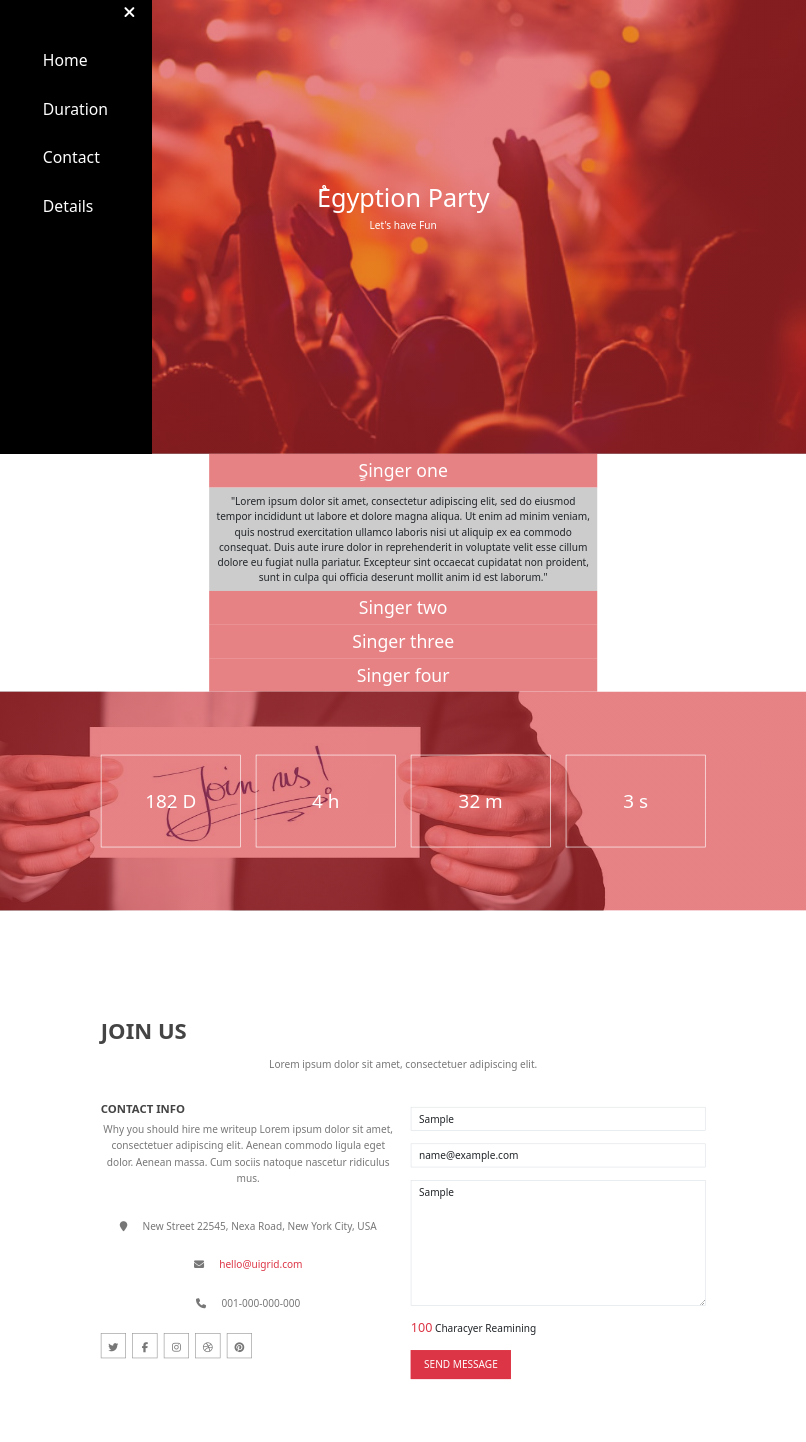
Repository: HagarYousry/jQuery
Page: index.html
The author's editor kept a copy of each file at every save. The page is drawn from the files as they stood at one save, then again after a run of saves.
The browser window is 1280 px wide. The pictures show the whole page, at 63% of full size.
Empty fields were first filled with sample values (such as "Sample", 5 or name@example.com).
After loading, the first visible `span.navIcon` was clicked once.

Above is the page before, as saved 2024-07-25 20:12:07.

### index.html
<!DOCTYPE html>
<html lang="en">

<head>
    <meta charset="UTF-8">
    <meta name="viewport" content="width=device-width, initial-scale=1.0">
    <title>Egyption party</title>
    <!-- web fonts  -->
    <link rel="stylesheet" href="css/all.min.css">
    <!-- bootstrap -->
    <link rel="stylesheet" href="css/bootstrap.min.css">
    <!-- main css -->
    <link rel="stylesheet" href="css/main.css">
</head>

<body>
    <!--start home  -->
    <section id="home">
        <div id="sideNav" class="bg-black p-5">
            <a class="p-0 closeIcon">
                <i class="fa-solid fa-xmark "></i>
            </a>
            <a class="sideNav-link mt-2" href="#home">Home</a>
            <a class="sideNav-link" href="#Acordion">Duration</a>
            <a class="sideNav-link" href="#contact">Contact</a>
            <a class="sideNav-link" href="#count">Details</a>
        </div>

        <div class="home-title d-flex justify-content-center align-items-center flex-column vh-100 text-white">
            <h1>ُEgyption Party</h1>
            <p>Let's have Fun</p>
            <span class="navIcon align-self-start d-flex align-items-center">
                <i class="fa-solid fa-bars"></i>
                <h4 class="ms-2">open</h4>
            </span>
        </div>
    </section>
    <!-- start Acordion section  -->
    <section id="Acordion" class="text-center">

        <div class="container w-50 ">
            <h3 class="toggle">ٍSinger one</h3>
            <div class="inner first">"Lorem ipsum dolor sit amet, consectetur adipiscing elit, sed do eiusmod tempor
                incididunt ut labore et dolore magna aliqua. Ut enim ad minim veniam, quis nostrud exercitation ullamco
                laboris nisi ut aliquip ex ea commodo consequat. Duis aute irure dolor in reprehenderit in voluptate
                velit
                esse cillum dolore eu fugiat nulla pariatur. Excepteur sint occaecat cupidatat non proident, sunt in
                culpa
                qui officia deserunt mollit anim id est laborum."
            </div>


            <h3 class="toggle">Singer two</h3>
            <div class="inner">"Sed ut perspiciatis unde omnis iste natus error sit voluptatem accusantium doloremque
                laudantium, totam rem aperiam, eaque ipsa quae ab illo inventore veritatis et quasi architecto beatae
                vitae
                dicta sunt explicabo. Nemo enim ipsam voluptatem quia voluptas sit aspernatur aut odit aut fugit, sed
                quia
                consequuntur magni dolores eos qui ratione voluptatem sequi nesciunt. Neque porro quisquam est, qui
                dolorem
                ipsum quia dolor sit amet, consectetur, adipisci velit, sed quia non numquam eius modi tempora incidunt
                ut
                labore et dolore magnam aliquam quaerat voluptatem. Ut enim ad minima veniam, quis nostrum
                exercitationem
                ullam corporis suscipit laboriosam, nisi ut aliquid ex ea commodi consequatur? Quis autem vel eum iure
                reprehenderit qui in ea voluptate velit esse quam nihil molestiae consequatur, vel illum qui dolorem eum
                fugiat quo voluptas nulla pariatur?"
            </div>


            <h3 class="toggle">Singer three</h3>
            <div class="inner">"But I must explain to you how all this mistaken idea of denouncing pleasure and praising
                pain was born and I will give you a complete account of the system, and expound the actual teachings of
                the
                great explorer of the truth, the master-builder of human happiness. No one rejects, dislikes, or avoids
                pleasure itself, because it is pleasure, but because those who do not know how to pursue pleasure
                rationally
                encounter consequences that are extremely painful. Nor again is there anyone who loves or pursues or
                desires
                to obtain pain of itself, because it is pain, but because occasionally circumstances occur in which toil
                and
                pain can procure him some great pleasure. To take a trivial example, which of us ever undertakes
                laborious
                physical exercise, except to obtain some advantage from it? But who has any right to find fault with a
                man
                who chooses to enjoy a pleasure that has no annoying consequences, or one who avoids a pain that
                produces no
                resultant pleasure?"
            </div>


            <h3 class="toggle">Singer four</h3>
            <div class="inner">"At vero eos et accusamus et iusto odio dignissimos ducimus qui blanditiis praesentium
                voluptatum deleniti atque corrupti quos dolores et quas molestias excepturi sint occaecati cupiditate
                non
                provident, similique sunt in culpa qui officia deserunt mollitia animi, id est laborum et dolorum fuga.
                Et
                harum quidem rerum facilis est et expedita distinctio. Nam libero tempore, cum soluta nobis est eligendi
                optio cumque nihil impedit quo minus id quod maxime placeat facere possimus, omnis voluptas assumenda
                est,
                omnis dolor repellendus. Temporibus autem quibusdam et aut officiis debitis aut rerum necessitatibus
                saepe
                eveniet ut et voluptates repudiandae sint et molestiae non recusandae. Itaque earum rerum hic tenetur a
                sapiente delectus, ut aut reiciendis voluptatibus maiores alias consequatur aut perferendis doloribus
                asperiores repellat."

            </div>

        </div>
    </section>
    <!-- end Acordion section  -->

    <!-- start count section  -->
    <section id="count">
        <div class="container-fluid w-75 text-center text-white">
            <div class="row">
                <div class="col-md-3">
                    <div class="time">
                        <span class="days">00</span>
                    </div>
                </div>

                <div class="col-md-3">
                    <div class="time">
                        <span class="hours">00</span>
                    </div>
                </div>

                <div class="col-md-3">
                    <div class="time">
                        <span class="minutes">00</span>
                    </div>
                </div>

                <div class="col-md-3">
                    <div class="time">
                        <span class="seconds">00</span>
                    </div>
                </div>

            </div>
        </div>
    </section>
    <!-- end count section  -->

    <!-- start contact-us section  -->
    <section id="contact">
        <div class="container-fluid w-75">
            <div class="head">
                <h2 class="text-uppercase fw-bold">Join Us</h2>
                <p class="text-center">Lorem ipsum dolor sit amet, consectetuer adipiscing elit.</p>
            </div>
            <div class="row mt-5">
                <div class="col-md-6">
                    <div class="col-info">
                        <h3 class="text-uppercase">CONTACT INFO</h3>
                        <p class="text-center">Why you should hire me writeup Lorem ipsum dolor sit amet, consectetuer
                            adipiscing elit.
                            Aenean commodo ligula eget dolor. Aenean massa. Cum sociis natoque nascetur ridiculus mus.
                        </p>

                        <div class="icons text-center">
                            <p><i class="fa fa-map-marker"></i> New Street 22545, Nexa Road, New York City, USA</p>

                            <p class="text-danger"><i class="fa fa-envelope"></i> hello@uigrid.com</p>
                            <p><i class="fa fa-phone"></i> 001-000-000-000</p>
                        </div>

                        <div class="social d-flex align-items-center">

                            <i class="fab fa-twitter fa-fw"></i>
                            <i class="fab fa-facebook-f fa-fw"></i>
                            <i class="fab fa-instagram fa-fw"></i>
                            <i class="fab fa-dribbble fa-fw"></i>
                            <i class="fab fa-pinterest fa-fw"></i>

                        </div>
                    </div>
                </div>

                <div class="col-md-6">
                    <form>

                        <input class="form-control mt-2" type="text" placeholder="Enter Name">
                        <input class="form-control" type="email" placeholder="Enter Email">
                        <textarea class="form-control " placeholder="Enter Message"></textarea>
                        <span id="chars" class="text-danger">100</span> Characyer Reamining
                        <button class="btn btn-danger text-uppercase">Send Message</button>

                    </form>
                </div>
            </div>
        </div>
    </section>
    <!-- end contact-us section  -->


    <!-- jquery  -->
    <script src="js/jquery-3.7.1.min.js"></script>
    <!-- index js  -->
    <script src="js/index.js"></script>


</body>

</html>

### css/main.css
#home{
    height: 100vh;
    background-image: linear-gradient(rgba(214, 46, 51, 0.6), rgba(214, 46, 51, 0.6)),
        url(../imgs/events-heavenly-header.jpg);
    background-position: center;
    background-size: cover;
    background-repeat: no-repeat;
}

#sideNav {
    position: fixed;
    top: 0;
    bottom: 0;
    left: 0;
    display: flex;
    flex-direction: column;
    z-index: 9999;
}

#sideNav a{
    padding: 20px;
    text-decoration: none;
    font-size: 25px;
    color: #818181;
    display: block;
    color: white;
    transition: 0.3s;
}

.closeIcon {
    position: absolute;
    top: 0;
    right: 25px;
    font-size: 26px;
    margin-left: 50px;
    color: white;
    padding-bottom: 10px;
    transition: 0.3s;
    cursor: pointer;
}

#sideNav a:hover {
    color: rgba(214, 46, 51, 0.4);
}

.navIcon i,
.navIcon h4 {
    font-size: 30px;
    cursor: pointer;
}

/* #sideNav {
    position: fixed;
    top: 0;
    bottom: 0;
    left: 0;
    display: flex;
    z-index: 9999;
}

#sideNav .navAnchor {
    padding: 40px 0 0 0;
    position: relative;
}

#sideNav .navAnchor ul {
    padding: 0 20px 0 20px;
}

#sideNav .navAnchor ul li {
    padding: 25px;
    list-style: none;
    cursor: pointer;
}

#sideNav .navAnchor ul li:hover a {
    color: rgba(214, 46, 51, 0.4);
}

#sideNav .navAnchor ul li a {
    text-decoration: none;
    font-size: 25px;
    color: white;
    transition: 0.3s all;
}


.closeIcon {
    position: absolute;
    top: 0;
    right: 25px;
    font-size: 26px;
    margin-left: 50px;
    color: white;
}

.navIcon {
    border-radius: 20px 20px;
}

.navIcon i,
.navIcon h4 {
    font-size: 30px;
    cursor: pointer;
}

@media (max-width: 991.98px) {
    .navIcon {
        align-self: flex-start !important;
    }

    .navIcon .navIcon-content {
        flex-direction: column;
    }
}


header {
    height: 100vh;
    background-image: linear-gradient(rgba(214, 46, 51, 0.6), rgba(214, 46, 51, 0.6)),
        url(../imgs/events-heavenly-header.jpg);
    background-position: center;
    background-size: cover;
    background-repeat: no-repeat;
}

header h1 {
    font-size: 60px;
} */



/* start Acordion section  */
#Acordion {
    padding: 100px auto;
}

.toggle {
    background-color: rgba(214, 46, 51, 0.6);
    cursor: pointer;
    color: white;
    padding: 10px;
    margin: 0px;
}

.inner {
    background-color: rgb(204, 204, 204);
    display: none;
    padding: 10px;
}

#Acordion .first {
    display: block;
}

/* end Acordion section  */

/* start count section  */

#count {
    background-image: linear-gradient(rgba(214, 46, 51, 0.6), rgba(214, 46, 51, 0.6)), url(../imgs/invitation-2508607__340.jpg);
    background-repeat: no-repeat;
    background-position: center center;
    background-size: 100% 100%;
    position: relative;
}

.container-fluid {
    padding: 100px 0px;
}

.time {
    padding: 50px;
    border: 1px solid #FFF;
    font-weight: 500;
    font-size: 30px;
}

/* end count section  */

/* start contact-us section  */
#contact {
    margin-top: 70px;
}

#contact .head h2 {
    font-size: 35px;
    color: #444;
    margin-bottom: 20px;
}

#contact .head p {
    color: #777;
    font-weight: 300;
    font-size: 16px;
}

#contact .col-md-6 .col-info .icons {
    margin-top: 50px;
}

#contact .col-md-6 .col-info .icons p {
    margin-bottom: 35px;
}

#contact .col-md-6 .col-info h3 {
    color: #444;
    font-size: 18px;
    font-weight: 900;
}

#contact .col-md-6 .col-info p {
    font-size: 16px;
    line-height: 26px;
    color: #777;
}

#contact i {
    margin-right: 20px;
    color: #777;
}

#contact .col-md-6 .col-info .social i {
    margin-right: 10px;
    border: 1px solid #999;
    width: 40px;
    height: 40px;
    line-height: 42px;
    cursor: pointer;
    text-align: center;
    transition: 0.5s all;
}

#contact .col-md-6 .col-info .social i:hover {
    color: #fff;
    background-color: #D62E33;
    border: 1px solid #D62E33;
}

#contact .col-md-6 form input,
#contact .col-md-6 form textarea {
    margin-bottom: 20px;
    border-radius: 0;
}

#contact .col-md-6 form textarea {
    height: 200px;
    resize: vertical;
}

#contact .col-md-6 form button {
    padding: 10px 20px;
    border-radius: 0;
    margin-top: 20px;
    display: block;
}

#contact .col-md-6 form #chars {
    font-size: 20px;
}
/* end contact-us section  */

### js/index.js
/// <reference types="../@types/jquery"/>

// start sideNav

const sideNavwidth = $('#sideNav').outerWidth(true);
console.log(sideNavwidth);


//! first: Close sideNav
$('#sideNav')
    .animate({ left: -sideNavwidth }, 0);

// open
$('.navIcon')
    .on('click', function () {
        $('#sideNav').animate({left :0 }, 1000)

    })

//! closeIcon
$('.closeIcon')
    .on('click', function () {
        isOpen = !isOpen;
        $('#sideNav')
            .animate({ left: -sideNavwidth }, 1000);
        $('.home-content').animate({ marginLeft: 0 }, 1000)
    })


//! scroll to sections
$('.sideNav-link[href^="#"]')
    .on('click', function () {
        const sectionId = $(this).attr('href');
        // console.log(section);
        //! get section top
        const sectionTop = $(sectionId).offset().top;
        // console.log(top);
        $('html , body')
            .animate({ scrollTop: sectionTop }, 2000)
    })

// end sideNav section

// start Acordion section
//! slideToggle effect
$('#Acordion .toggle').on('click', function () {
    //! slide up all inner except the one i clicked on
    $('.inner').not($(this).next()).slideUp(500);
    //! slide toggle
    $(this).next().slideToggle(500);
});
// end Acordion section

//start count section
$(window).on('load', function () {
    countDownTime("24 january 2025 00:00:00");
})


function countDownTime(countTo) {

    //! get countTo date
    let futureDate = new Date(countTo);
    futureDate = (futureDate.getTime() / 1000);
    // console.log(futureDate);

    //! get current date
    let now = new Date();
    // console.log(now);
    now = (now.getTime() / 1000);

    //! get the difference between current date and countTo date by sec
    timeDifference = (futureDate - now);

    //?(24 * 60 * 60) ==> num. of sec in day ==> 86400
    let days = Math.floor(timeDifference / 86400);
    let hours = Math.floor((timeDifference - (days * 86400)) / 3600);
    let mins = Math.floor((timeDifference - (days * 86400) - (hours * 3600)) / 60);
    let secs = Math.floor((timeDifference - (days * 86400) - (hours * 3600) - (mins * 60)))


    $(".days").html(`${days} D`);
    $(".hours").html(`${hours} h`);
    $(".minutes").html(`${mins} m`);
    $('.seconds').html(`${secs} s`)

    //! Repeating the Countdown Every Second
    setInterval(function () {
        countDownTime(countTo);
    }, 1000);
}
//end count section

//start contact-us section
let maxLength = 100;
$('textarea').on('keyup', function () {
    //! val as getter ==> lenght
    let length = $(this).val().length;
    // console.log(length);
    let AmountLeft = maxLength - length;
    console.log(AmountLeft);
    if (AmountLeft <= 0) {
        $("#chars").text("your available characters finished");
    }
    else {
        $("#chars").text(AmountLeft);
    }
});
//end contact-us section

Loaded but not shown: css/all.min.css (library); css/bootstrap.min.css (library); js/jquery-3.7.1.min.js (library)

After the next 5 saves:
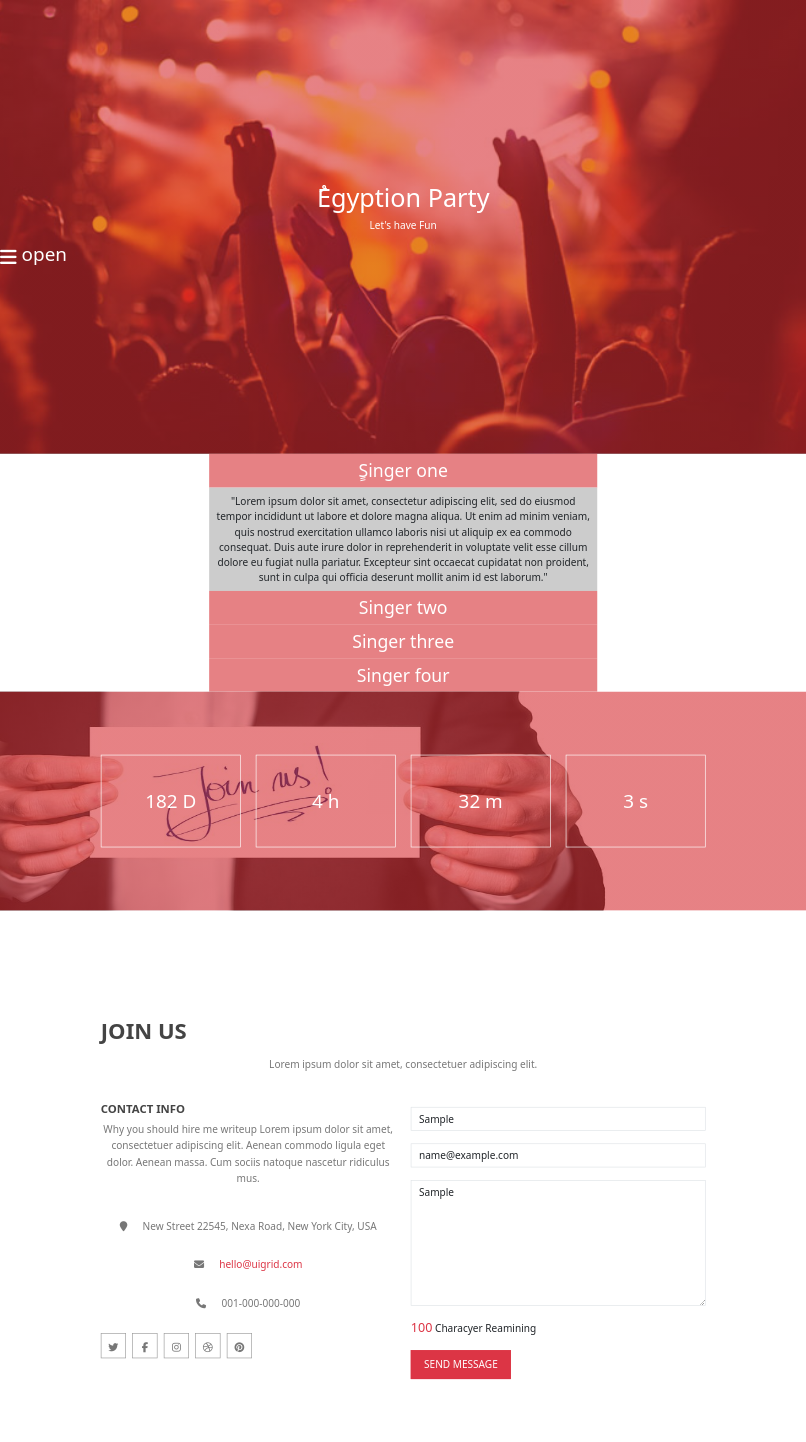
The 5 saves are shown as one change because they came seconds apart.
The last was saved 21 s later.
--- a/js/index.js
+++ b/js/index.js
@@ -13,7 +13,7 @@
 // open
 $('.navIcon')
     .on('click', function () {
-        $('#sideNav').animate({left :0 }, 1000)
+        $('#sideNav .navIcon').animate({left :0 }, 1000)
 
     })
 

After the save that followed:
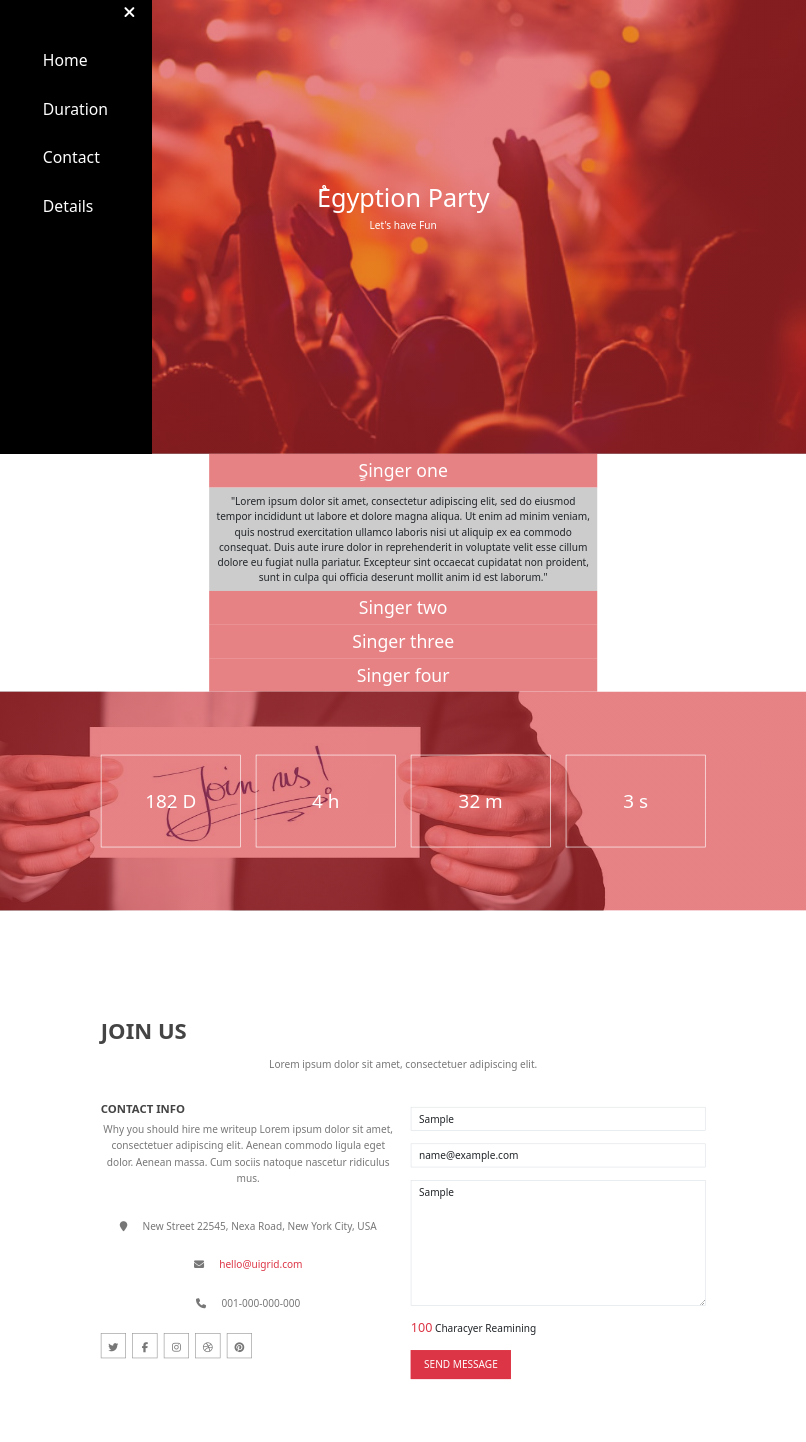
Saved 10 s later.
--- a/js/index.js
+++ b/js/index.js
@@ -13,7 +13,7 @@
 // open
 $('.navIcon')
     .on('click', function () {
-        $('#sideNav .navIcon').animate({left :0 }, 1000)
+        $('#sideNav').animate({left :0 }, 1000)
 
     })
 
